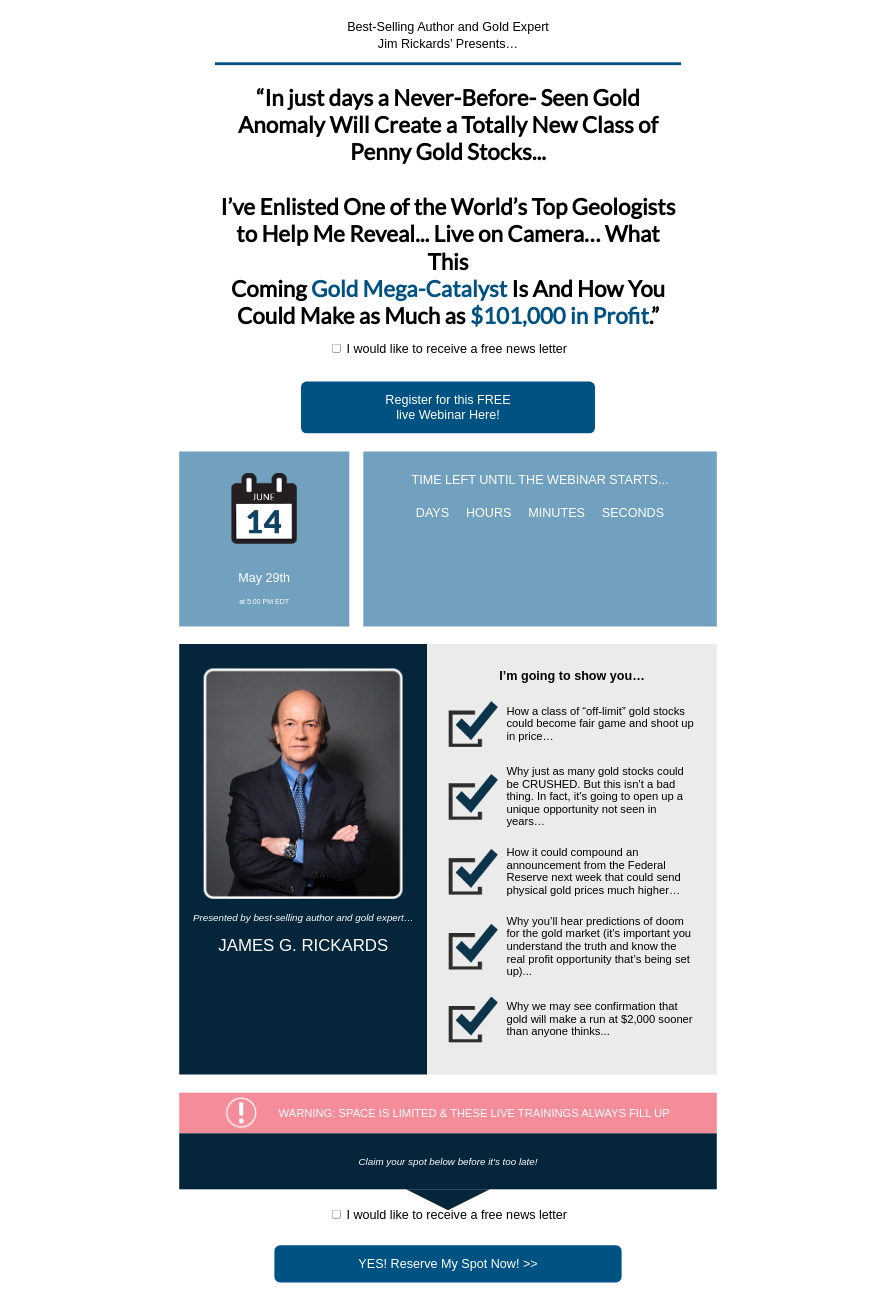
Repository: KrystellBarraza/Test
Page: index.html
The author's editor kept a copy of each file at every save. The page is drawn from the files as they stood at one save, then again after the next save.
The browser window is 1280 px wide. The pictures show the whole page, at 70% of full size.

Above is the page before, as saved 2019-10-07 15:03:40.
Console error: SyntaxError: Unexpected token '.'

After the next save:
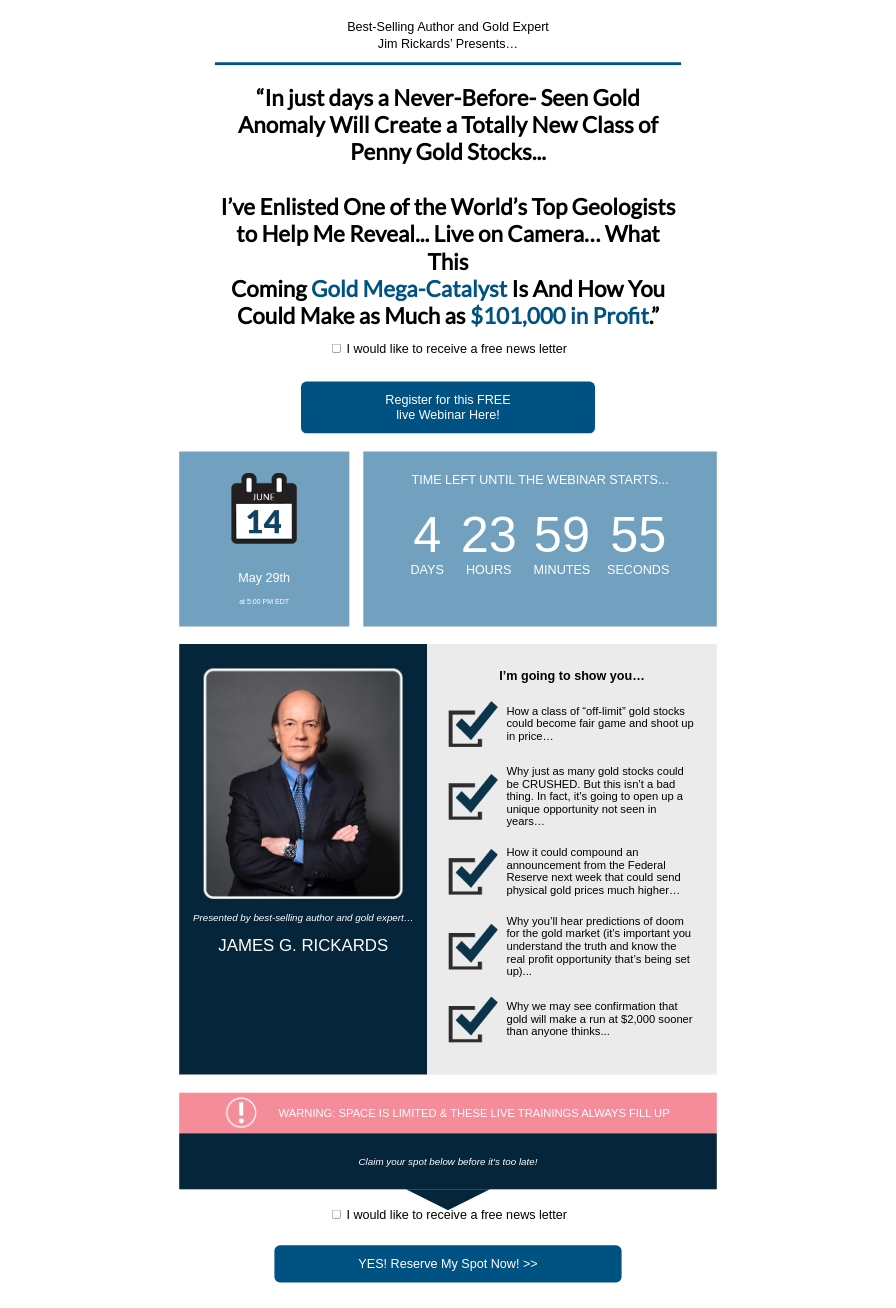
The error is gone.
Saved 10 min 36 s later.
--- a/app.js
+++ b/app.js
@@ -29,6 +29,6 @@
 
 // 3. Calls a message only if check boxes are unchecked
 function message() {
-    if ('.check-top').checked = false;
+    if (document.getElementById("check-top").checked = false) {;
     alert("Please confirm that you would like to recieve a free news letter before proceeding.");
-}
+}}
